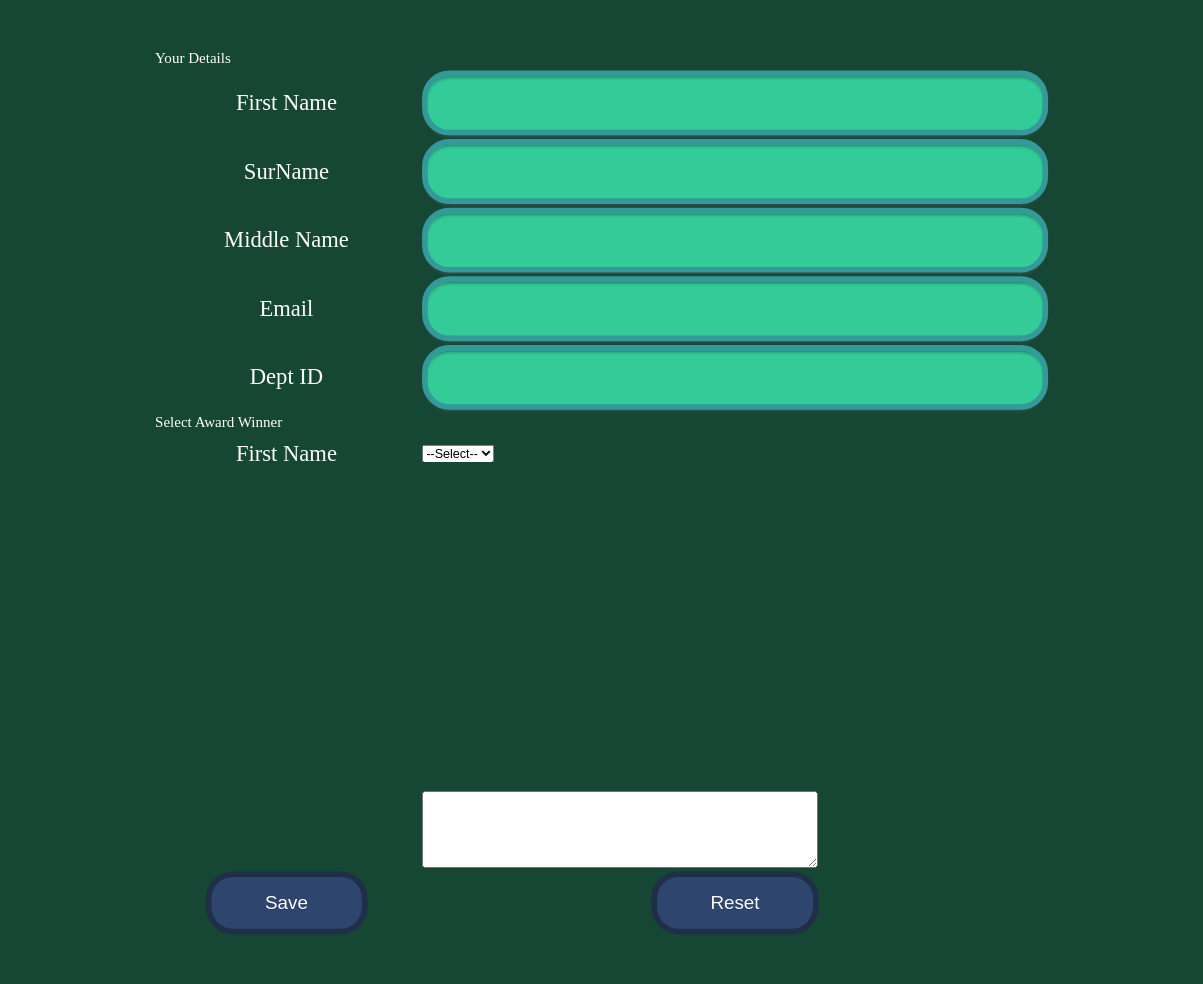
Repository: prajaktamore/Web-Based-Programming-3
Page: http://localhost/BinaryCalculator/Awards.jsp
An editor plug-in stored every save of this project. The page is shown before and after the next save, followed by the edit.
The browser window is 1280 px wide. The pictures show the whole page, at 94% of full size.
The page is served by Tomcat 9. Other server files are loaded and not shown.

Above is the page before, as saved 2014-04-30 18:14:02.

### BinaryCalculator/WebContent/Awards.jsp
<%@ page language="java" contentType="text/html; charset=ISO-8859-1"
    pageEncoding="ISO-8859-1"%>
<%@taglib prefix="core" uri="http://java.sun.com/jsp/jstl/core"%>
<%@ page import="java.util.*" session="true"%>
<%@ page errorPage="ShowError.jsp" %>

<!DOCTYPE html PUBLIC "-//W3C//DTD HTML 4.01 Transitional//EN" "http://www.w3.org/TR/html4/loose.dtd">
<html>
<head>
<meta http-equiv="Content-Type" content="text/html; charset=ISO-8859-1">
<title>Awards</title>
<link href="more.css" rel="stylesheet" type="text/css" />
<script type="text/javascript">
 function changeTest() {
   	    alert ("Function is Called");

		var index = document.getElementById("rdown").selectedIndex;

		var array1 = '<%= session.getAttribute( "rLastname" ) %>';
		var array2 = '<%= session.getAttribute( "rName" ) %>';
		var array3 = '<%= session.getAttribute( "rmailid" ) %>';
		var array4 = '<%= session.getAttribute( "rdept" ) %>';

		var array1Token = array1.toString();
		array1Token = array1Token.slice(1, array1Token.length-1);
		var fields = array1Token.split(/,/);


		var array2Token = array2.toString();
		array2Token = array2Token.slice(1, array2Token.length-1);
		var fields2 = array2Token.split(/,/);

		var array3Token = array3.toString();
		array3Token = array3Token.slice(1, array3Token.length-1);
		var fields3 = array3Token.split(/,/);

		var array4Token = array4.toString();
		array4Token = array4Token.slice(1, array4Token.length-1);
		var fields4 = array4Token.split(/,/);

				 if(parseInt(index) > 0 && parseInt(array1.length) > 0){
	        		document.getElementById('lr2').style.visibility='visible';
	        		document.getElementById('r2').style.visibility='visible';
	        		document.getElementById('r2').value = fields[index-1];
	        		document.getElementById('lr3').style.visibility='visible';
	        		document.getElementById('r3').style.visibility='visible';
	        		document.getElementById('r3').value = fields2[index-1];
	        		document.getElementById('lr4').style.visibility='visible';
	        		document.getElementById('r4').style.visibility='visible';
	        		document.getElementById('r4').value = fields3[index-1];
	        		document.getElementById('lr5').style.visibility='visible';
	        		document.getElementById('r5').style.visibility='visible';
	        		document.getElementById('r5').value = fields4[index-1];
	        	}
 }

 function resetTest() {
 					document.getElementById("rdown").selectedIndex = -1;
 					document.getElementById('lr2').style.visibility='hidden';
	        		document.getElementById('r2').style.visibility='hidden';
	        		document.getElementById('lr3').style.visibility='hidden';
	        		document.getElementById('r3').style.visibility='hidden';
	        		document.getElementById('lr4').style.visibility='hidden';
	        		document.getElementById('r4').style.visibility='hidden';
	        		document.getElementById('lr5').style.visibility='hidden';
	        		document.getElementById('r5').style.visibility='hidden';
 }
</script>
</head>
<body>
<form method="POST" action="Awards">
  <table width="page" align="center" >
  					<tr>
  					<td>Your Details</td>
  					</tr>
					<tr>
					  <td height="40" align="center"> <label style="color:#ffffff;font-size:24px" >First Name</label> </td>
             			 <td align="center"> <input id="u1" name="u1" value="${sessionScope.sfname}" type="text" style ="background: #33CC99; height:55px; width: 600px;text-align:right;font-size:35px; border-radius: 2em; border:6px solid #339999;border-radius:29px; color: #fff; padding-left: 1.5em; outline: none; box-shadow: 0 4px 6px -5px hsl(0, 0%, 40%), inset 0px 4px 6px -5px hsl(0, 0%, 2%)"/></td>
 					</tr>
					<tr>
					  <td height="40" align="center"> <label style="color:#ffffff;font-size:24px" >SurName</label> </td>
             			 <td align="center"> <input id="u2" name="u2" value="${sessionScope.ssname}" type="text" style ="background: #33CC99; height:55px; width: 600px;text-align:right;font-size:35px; border-radius: 2em; border:6px solid #339999;border-radius:29px; color: #fff; padding-left: 1.5em; outline: none; box-shadow: 0 4px 6px -5px hsl(0, 0%, 40%), inset 0px 4px 6px -5px hsl(0, 0%, 2%)"/></td>
 					</tr>
 					<tr>
					  <td height="40" align="center"> <label style="color:#ffffff;font-size:24px" >Middle Name</label> </td>
             			 <td align="center"> <input id="u3" name="u3" value="${sessionScope.slname}" type="text" style ="background: #33CC99; height:55px; width: 600px;text-align:right;font-size:35px; border-radius: 2em; border:6px solid #339999;border-radius:29px; color: #fff; padding-left: 1.5em; outline: none; box-shadow: 0 4px 6px -5px hsl(0, 0%, 40%), inset 0px 4px 6px -5px hsl(0, 0%, 2%)"/></td>
 					</tr>
 					<tr>
					  <td height="40" align="center"> <label style="color:#ffffff;font-size:24px" >Email</label> </td>
             			 <td align="center"> <input id="u4" name="u4" value="${sessionScope.smail}" type="text" style ="background: #33CC99; height:55px; width: 600px;text-align:right;font-size:35px; border-radius: 2em; border:6px solid #339999;border-radius:29px; color: #fff; padding-left: 1.5em; outline: none; box-shadow: 0 4px 6px -5px hsl(0, 0%, 40%), inset 0px 4px 6px -5px hsl(0, 0%, 2%)"/></td>
 					</tr>
 					<tr>
					  <td height="40" align="center"> <label style="color:#ffffff;font-size:24px" >Dept ID</label> </td>
             			 <td align="center"> <input id="u5" name="u5" value="${sessionScope.sdept}" type="text" style ="background: #33CC99; height:55px; width: 600px;text-align:right;font-size:35px; border-radius: 2em; border:6px solid #339999;border-radius:29px; color: #fff; padding-left: 1.5em; outline: none; box-shadow: 0 4px 6px -5px hsl(0, 0%, 40%), inset 0px 4px 6px -5px hsl(0, 0%, 2%)"/></td>
 					</tr>
 					<tr>
 					<td>Select Award Winner</td>
 					</tr>
 					<tr>

 						 <td height="40" align="center"> <label style="color:#ffffff;font-size:24px" >First Name</label> </td>
 					    <td>
 					    <select name="recName" id="rdown" onchange="changeTest()">
					        <OPTION  value="-1" label="--Select--" selected="selected">
					        <core:forEach items="${sessionScope.rFname}" var="dt" varStatus="status">
					            <option value="${dt}">${dt}</option>
					        </core:forEach>
					    </select>
					    </td>
    				</tr>
    				<tr>
					  <td height="40" align="center"> <label id="lr2" style="color:#ffffff;font-size:24px;visibility:hidden;" >SurName</label> </td>
             			 <td align="center"> <input id="r2" name="r2" type="text" style ="visibility:hidden;background: #33CC99; height:55px; width: 600px;text-align:right;font-size:35px; border-radius: 2em; border:6px solid #339999;border-radius:29px; color: #fff; padding-left: 1.5em; outline: none; box-shadow: 0 4px 6px -5px hsl(0, 0%, 40%), inset 0px 4px 6px -5px hsl(0, 0%, 2%)"/></td>
 					</tr>
 					<tr>
					  <td height="40" align="center"> <label id="lr3" style="color:#ffffff;font-size:24px;visibility:hidden;" >Middle Name</label> </td>
             			 <td align="center"> <input id="r3" name="r3" type="text" style ="background: #33CC99; visibility:hidden;height:55px; width: 600px;text-align:right;font-size:35px; border-radius: 2em; border:6px solid #339999;border-radius:29px; color: #fff; padding-left: 1.5em; outline: none; box-shadow: 0 4px 6px -5px hsl(0, 0%, 40%), inset 0px 4px 6px -5px hsl(0, 0%, 2%)"/></td>
 					</tr>
 					<tr>
					  <td height="40" align="center"> <label id="lr4" style="color:#ffffff;font-size:24px;visibility:hidden;" >Email</label> </td>
             			 <td align="center"> <input id="r4" name="r4" type="text" style ="background: #33CC99; visibility:hidden;height:55px; width: 600px;text-align:right;font-size:35px; border-radius: 2em; border:6px solid #339999;border-radius:29px; color: #fff; padding-left: 1.5em; outline: none; box-shadow: 0 4px 6px -5px hsl(0, 0%, 40%), inset 0px 4px 6px -5px hsl(0, 0%, 2%)"/></td>
 					</tr>
 					<tr>
					  <td height="40" align="center"> <label id="lr5" style="color:#ffffff;font-size:24px;visibility:hidden;" >Dept ID</label> </td>
             			 <td align="center"> <input id="r5" name="r5" type="text" style ="background: #33CC99; visibility:hidden;height:55px; width: 600px;text-align:right;font-size:35px; border-radius: 2em; border:6px solid #339999;border-radius:29px; color: #fff; padding-left: 1.5em; outline: none; box-shadow: 0 4px 6px -5px hsl(0, 0%, 40%), inset 0px 4px 6px -5px hsl(0, 0%, 2%)"/></td>
 					</tr>
 					<tr>
					  <td height="40" align="center"> <label id="lr6" style="color:#ffffff;font-size:24px;visibility:hidden;" >Select Award</label> </td>
             			<td align="center">
             			 <select name="awardName" id="awardName" style="visibility:hidden;">
					        <option value="default">Company Bag
					        <option value="ipod">ipod
					        <option value="ipad">ipad
					        <option value="book">5 Mngt Books
					        <option value="cheque">$500 Cheque
					    </select>
					    </td>
 					</tr>
 					<tr>
 						<td height="40" align="center"> <label id="lr5" style="color:#ffffff;font-size:24px;visibility:hidden;" >You have made a difference..</label> </td>
 						<td><textarea cols="50" rows="5" name="myname" id="myname"></textarea>
						</td>
 					</tr>
  					<tr>
						<td align="center"><input type="submit" name="Save" value="Save" style="background-color: #2e466e; color: #ffff; border-radius: 10px;border:6px solid #1f2f47;border-radius:29px;padding:16px 57px;text-shadow:0px 1px 0px #263666;font-size:20px;">
						<td align="center"><input type="button" name="Reset" value="Reset" onclick="resetTest()" style="background-color: #2e466e; color: #ffff; border-radius: 10px;border:6px solid #1f2f47;border-radius:29px;padding:16px 57px;text-shadow:0px 1px 0px #263666;font-size:20px;">
					</tr>
  </table>
</form>
</body>
</html>

### BinaryCalculator/WebContent/more.css
/*
    author : Prajakta More
    date created : 11 Feb 2014
	Version:  1
    copyright information : Binghamton University
*/

/*Defines style for body tag all fields declared in body tag will follow below style for margins and background*/
body
{
margin-top:50px;
margin-left:50px;
margin-right:50px;
margin-bottom:50px;
background:#154734;
}



input#submit {
    padding: 4px 40px;
    /*give the background a gradient*/
    background:#ffae00; /*fallback for browsers that don't support gradients*/
    background: -webkit-linear-gradient(top, #ffae00, #d67600);
    background: -moz-linear-gradient(top, #ffae00, #d67600);
    background: -o-linear-gradient(top, #ffae00, #d67600);
    background: linear-gradient(top, #ffae00, #d67600);
    border:2px outset #dad9d8;
    /*style the text*/
    font-family:Andika, Arial, sans-serif;
    font-size:1.1em;
    letter-spacing:0.05em;
    text-transform:uppercase;
    color:#fff;
    text-shadow: 0px 1px 10px #000;
    /*add to small curve to the corners of the button*/
    -webkit-border-radius: 15px;
    -moz-border-radius: 15px;
    border-radius: 15px;
    /*give the button a drop shadow*/
    -webkit-box-shadow: rgba(0, 0, 0, .55) 0 1px 6px;
    -moz-box-shadow: rgba(0, 0, 0, .55) 0 1px 6px;
    box-shadow: rgba(0, 0, 0, .55) 0 1px 6px;
    }
    /****NOW STYLE THE BUTTON'S HOVER STATE***/
    input#submit:hover, input#submit:focus {
    border:2px solid #dad9d8;
    }



/*Defines style for table tag all fields declared in table tag will follow below style for border*/
table
{
border: 0px solid #154734;
content-type:text/plain;
charset=iso-8859-1 ;
}
/*Defines style for table data tag all fields declared in table data tag will follow below style for border and text color */
td
{
border: 0px solid #154734;
color:white;
}
/*Defines style for paragraph tag  with class type defined as ex2 all fields declared in paragraph tag will follow below style for font, color, text align*/
p.ex2
{
font:30px arial,sans-serif,centre;
color:#ffffff;
text-align:center;
}
/*Defines style for paragraph tag  with class type defined as ex1 all fields declared in paragraph tag will follow below style for font, color, text align*/
p.ex1
{
font:18px arial,sans-serif,centre;
color:#ffffff;
text-align:center;
}
/*Defines style for img tag all with class name as ex3 fields declared in img tag will
follow below style for margins, background, padding, border, background -color, height, width, float, text- align*/
img.ex3
{
  margin: 5px;
  padding: 5px;
  background-color: #ffffff;
  border: 3px solid #ffffff;
  height: 375px;
  width: 250px;
  float: left;
  text-align: left;
}
/*Defines style for a href tag and its properties for different states as link, visited, hover, active*/
a:link {text-decoration:none;
background-color:#66CCCC;
color:#000000;
}
a:visited {text-decoration:none;
background-color:#9999CC;
color:#660033;
}
a:hover {text-decoration:underline;
background-color:#CC99CC;
color:#000033;
}
a:active {text-decoration:underline;
background-color:#FF99CC;
color:#330000;
}

After the next save:
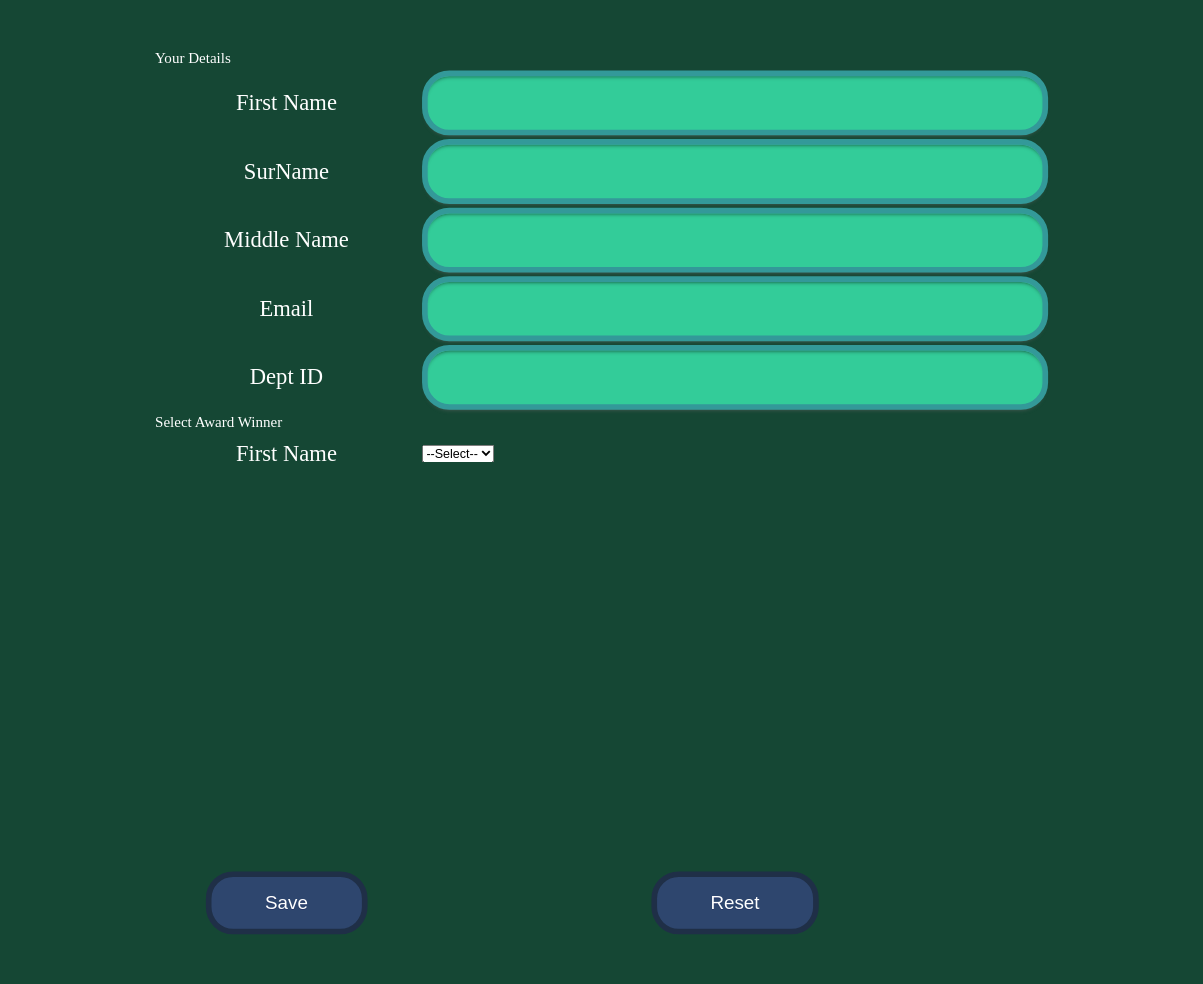
Saved 13 s later.
--- a/BinaryCalculator/WebContent/Awards.jsp
+++ b/BinaryCalculator/WebContent/Awards.jsp
@@ -137,8 +137,8 @@
 					    </td>
  					</tr>
  					<tr>
- 						<td height="40" align="center"> <label id="lr5" style="color:#ffffff;font-size:24px;visibility:hidden;" >You have made a difference..</label> </td>
- 						<td><textarea cols="50" rows="5" name="myname" id="myname"></textarea>
+ 						<td height="40" align="center"> <label id="lr7" style="color:#ffffff;font-size:24px;visibility:hidden;" >You have made a difference..</label> </td>
+ 						<td><textarea cols="50" rows="5" name="myname" id="myname" style="visibility:hidden;"></textarea>
 						</td>
  					</tr>
   					<tr>
